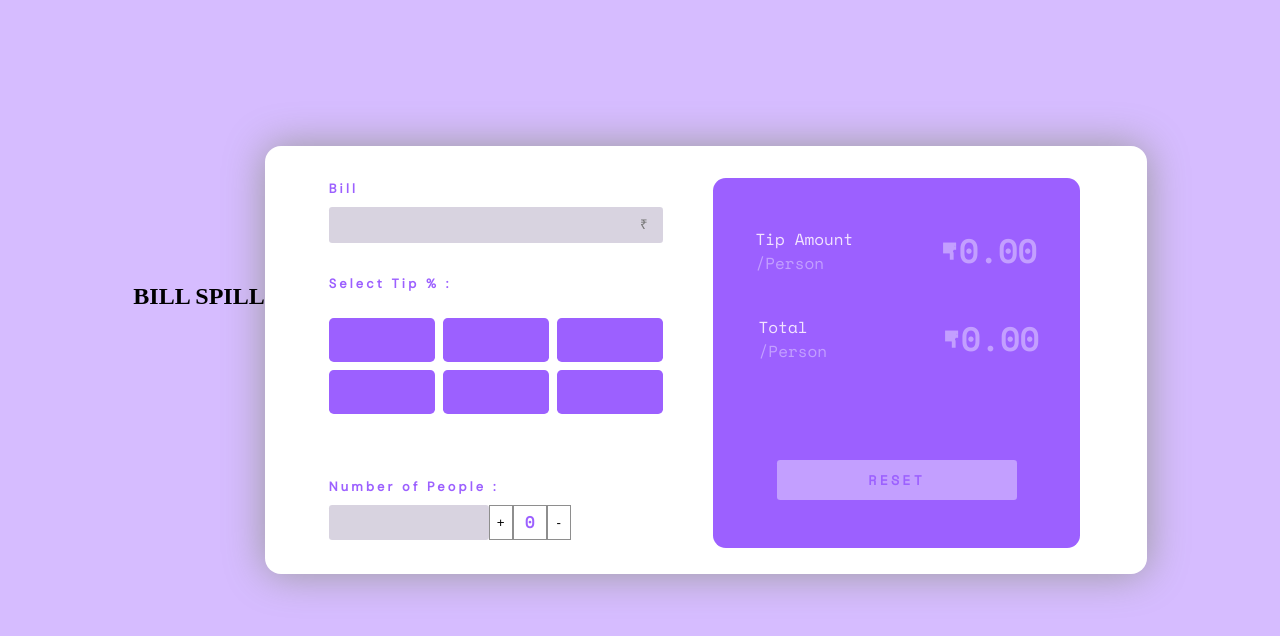
Repository: drumsmanku/micro-project-3
Page: index.html
The author's editor kept a copy of each file at every save. The page is drawn from the files as they stood at one save, then again after the next save.
The browser window is 1280 px wide. The pictures show the whole page.

Above is the page before, as saved 2023-04-17 20:59:43.

After the next save:
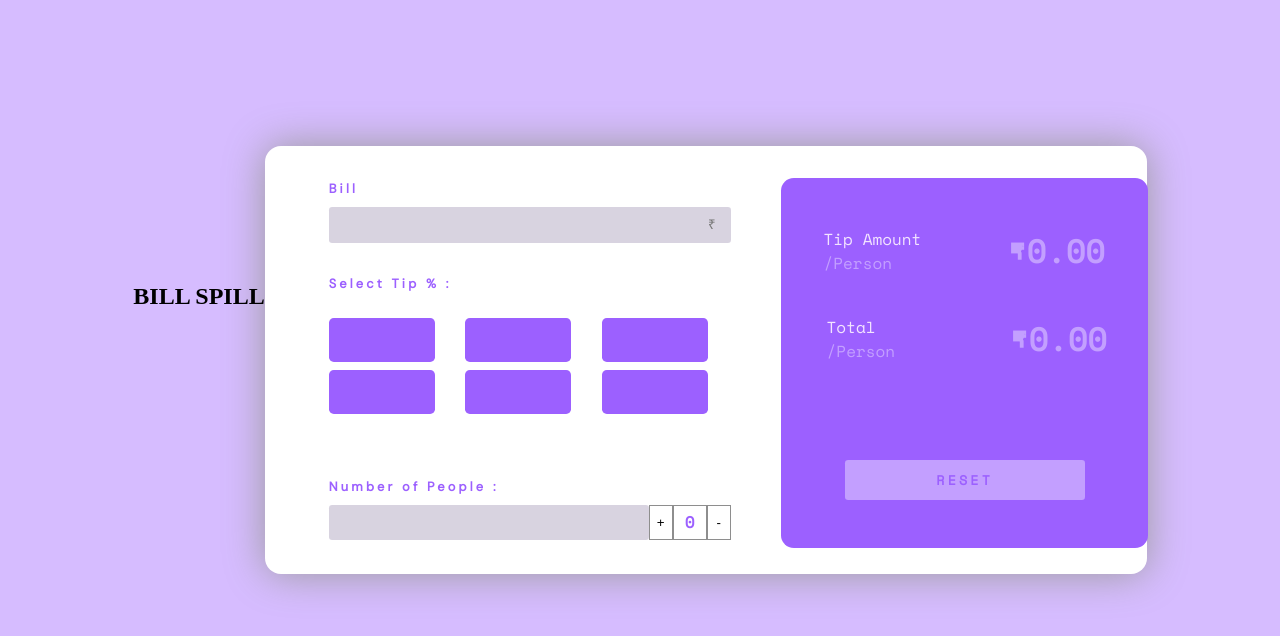
Saved 7 s later.
--- a/styles.css
+++ b/styles.css
@@ -143,7 +143,7 @@
 
 }
 input[id='people-number']{
-  width: 10rem;
+  width: 20rem;
 }
 input{
   border-radius: 0.2rem;

After the save that followed:
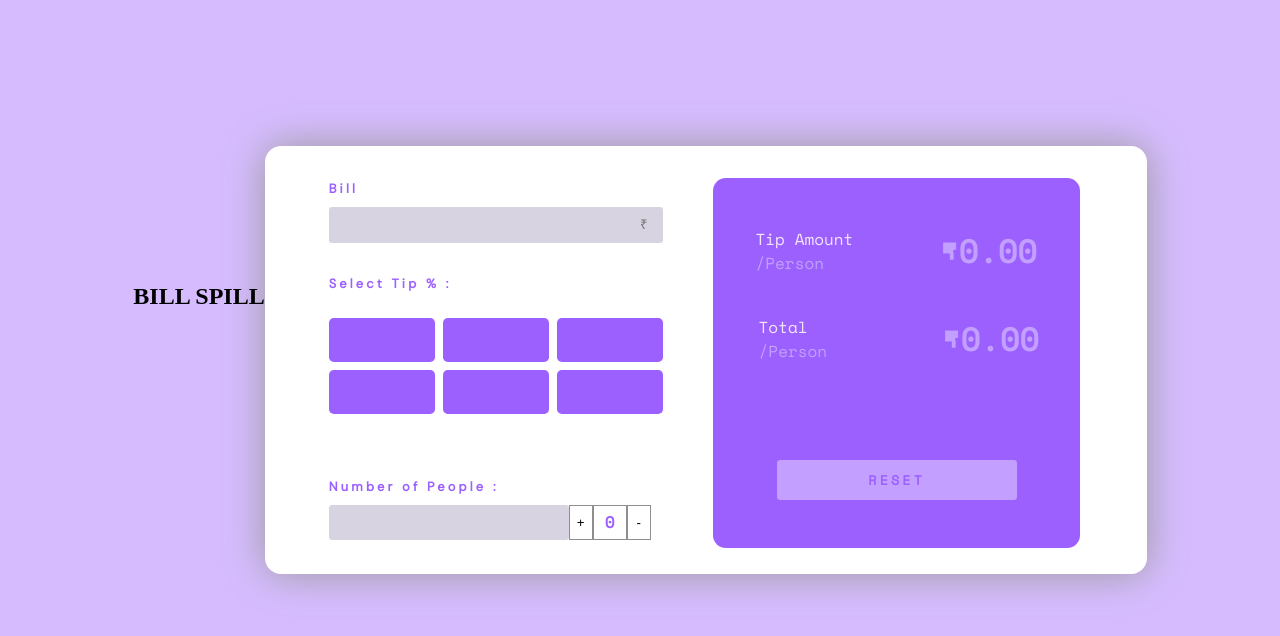
Saved 27 s later.
--- a/styles.css
+++ b/styles.css
@@ -143,7 +143,7 @@
 
 }
 input[id='people-number']{
-  width: 20rem;
+  width: 15rem;
 }
 input{
   border-radius: 0.2rem;
